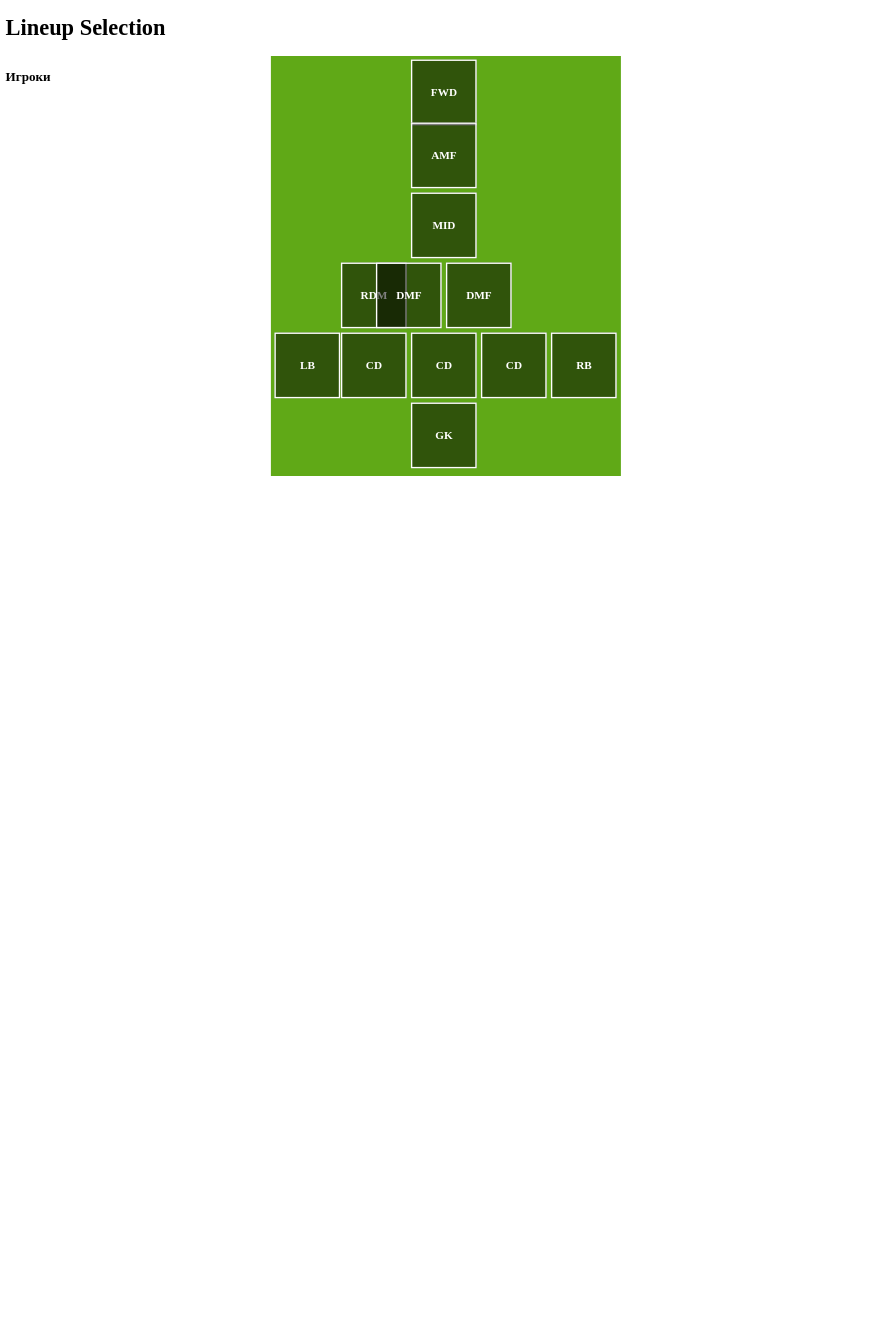
Repository: greatgreek73/soccergame
Page: http://localhost/lineup-selection/
An editor plug-in stored every save of this project. The page is shown before and after the next save, followed by the edit.
The browser window is 1280 px wide. The pictures show the part of the page from y = 0 to 1920 px (the page is 3124 px tall), at 70% of full size.
Some web libraries are served in a nearby version. The page is served by the project's application, run on Django 4.2 (manage.py). A made-up administrator, testuser (Test User, test@example.com), is signed in. Other server files are loaded and not shown. Queries for data that is not in the repository find no rows.

Above is the page before, as saved 2024-04-19 20:51:35.

### players/templates/lineup_selection.html
{% load static %}

<!DOCTYPE html>
<html>
<head>
    <title>Lineup Selection</title>
    <link rel="stylesheet" href="https://code.jquery.com/ui/1.12.1/themes/base/jquery-ui.css">
    <script src="https://code.jquery.com/jquery-3.6.0.min.js"></script>
    <script src="https://code.jquery.com/ui/1.12.1/jquery-ui.min.js"></script>
    <style>
        .content-wrapper {
            display: flex;
            justify-content: flex-start; /* Изменено для устранения лишнего пространства между элементами */
        }
        #player-list {
            width: 30%; /* Задайте ширину списка игроков */
            margin-right: 0px; /* Отступ уменьшен до 0 */
        }
        #field {
            background-color: #60A917;
            width: 500px;
            height: 600px;
            position: relative;
        }
        .position {
            width: 90px;
            height: 90px;
            border: 2px solid #fff;
            position: absolute;
            display: flex;
            align-items: center;
            justify-content: center;
            color: white;
            font-weight: bold;
            background-color: rgba(0, 0, 0, 0.5); /* Небольшая прозрачность */
        }
    </style>
    <script>
        var lineup = []; // Инициализация массива состава на уровне глобальной переменной

        function loadInitialLineup() {
            $.ajax({
                url: '/get-lineup/',
                type: 'GET',
                success: function(response) {
                    lineup = response.lineup;
                    lineup.forEach(function(player) {
                        var playerElement = $('[data-player-id="' + player.player_id + '"]');
                        var positionElement = $('.position[data-position="' + player.position + '"]');
                        var playerClone = playerElement.clone().addClass('positioned-player').removeAttr('style');
                        positionElement.empty().append(playerClone);
                        playerElement.remove();
                        updateDraggable();
                    });
                },
                error: function(xhr, status, error) {
                    console.error('Error loading the lineup: ' + error);
                }
            });
        }

        function updateDraggable() {
            $('.positioned-player').draggable({
                revert: 'invalid',
                cursor: 'move',
                helper: 'clone',
                zIndex: 100
            });
        }

        $(document).ready(function() {
            loadInitialLineup();
            $('.player').draggable({
                revert: 'invalid',
                cursor: 'move',
                helper: 'clone',
                zIndex: 100
            });

            $('.position').droppable({
                accept: function(draggable) {
                    return true; // Теперь любой игрок может быть перетащен в любой слот
                },
                drop: function(event, ui) {
                    console.log("Игрок помещен в слот");
                    var droppedPlayer = ui.draggable;
                    var droppedPlayerId = droppedPlayer.data('player-id');
                    var position = $(this).data('position');  // Получаем позицию слота

                    // Удаление предыдущего игрока из этого слота, если он занят
                    if ($(this).find('.player').length) {
                        var positionedPlayerId = $(this).find('.player').data('player-id');
                        lineup = lineup.filter(item => item.player_id !== positionedPlayerId); // Удаление из массива
                    }

                    // Добавление нового игрока в массив lineup
                    lineup.push({player_id: droppedPlayerId, position: position});

                    // Клонирование и обновление DOM
                    var playerClone = droppedPlayer.clone().removeAttr('style').removeClass('ui-draggable').addClass('positioned-player');
                    $(this).empty().append(playerClone);
                    playerClone.draggable({
                        revert: 'invalid',
                        cursor: 'move',
                        helper: 'clone',
                        zIndex: 100
                    });

                    droppedPlayer.remove();
                    saveLineupAutomatically();  // Сохранение состава
                }
            });

            $('#player-list ul').droppable({
                accept: '.positioned-player',
                drop: function(event, ui) {
                    var droppedPlayer = ui.draggable;
                    var playerId = droppedPlayer.data('player-id');
                    lineup = lineup.filter(item => item.player_id !== playerId); // Update lineup
                    droppedPlayer.remove();
                    $(this).append(droppedPlayer);
                    droppedPlayer.draggable({
                        revert: 'invalid',
                        cursor: 'move',
                        helper: 'clone',
                        zIndex: 100
                    });
                    saveLineupAutomatically();
                }
            });

            function saveLineupAutomatically() {
                // Нет необходимости очищать массив, так как он уже глобальный и обновляется в других функциях
                $.ajax({
                    url: '/lineup/save/',
                    type: 'POST',
                    data: JSON.stringify({lineup: lineup}),
                    contentType: 'application/json',
                    success: function(response) {
                        console.log('Состав успешно сохранен автоматически');
                    },
                    error: function(xhr, status, error) {
                        console.error('Ошибка при автоматическом сохранении состава: ' + error);
                    }
                });
            }

            {% for position, player_id in selected_players.items %}
                var player = $('.player[data-player-id="{{ player_id }}"]');
                var playerClone = player.clone().removeAttr('style').removeClass('ui-draggable').addClass('positioned-player');
                playerClone.uniqueId();
                $('.position[data-position="{{ position }}"]').empty().append(playerClone);
                player.remove();

                playerClone.draggable({
                    revert: 'invalid',
                    cursor: 'move',
                    helper: 'clone',
                    zIndex: 100
                });
            {% endfor %}
        });
    </script>
</head>
<body>
    <h1>Lineup Selection</h1>
    <div class="content-wrapper"> <!-- Добавлен новый контейнер -->
        <div id="player-list">
            <h3>Игроки</h3>
            <ul>
                {% for player in players %}
                    <li class="player" data-player-id="{{ player.id }}" data-player-position="{{ player.position }}">
                        {{ player.last_name }} ({{ player.position }})
                    </li>
                {% endfor %}
            </ul>
        </div>

        <div id="field">
            <div class="position" data-position="GK" style="top: 495px; left: 200px;">GK</div>
            <div class="position" data-position="DEF" style="top: 395px; left: 200px;">CD</div>
            <div class="position" data-position="DEF" style="top: 395px; left: 300px;">CD</div>
            <div class="position" data-position="DEF" style="top: 395px; left: 100px;">CD</div>
            <div class="position" data-position="RB" style="top: 395px; left: 400px;">RB</div>
            <div class="position" data-position="LB" style="top: 395px; left: 5px;">LB</div>
            <div class="position" data-position="RDM" style="top: 295px; left: 100px;">RDM</div>
            <div class="position" data-position="LDM" style="top: 2950px; left: 5px;">LDM</div>
            <div class="position" data-position="MID" style="top: 195px; left: 200px;">MID</div>
            <div class="position" data-position="FWD" style="top: 5px; left: 200px;">FWD</div>
            <div class="position" data-position="DMF" style="top: 295px; left: 250px;">DMF</div>
            <div class="position" data-position="DMF" style="top: 295px; left: 150px;">DMF</div>
            <div class="position" data-position="AMF" style="top: 95px; left: 200px;">AMF</div>



        </div>
    </div>
</body>
</html>

### players/views.py
import scipy.stats as stats
from django.http import HttpResponseRedirect, JsonResponse
from django.shortcuts import render, redirect, get_object_or_404
from .models import Player, Club, Lineup, LineupPlayer
from faker import Faker
from django.contrib import messages
from .forms import UserRegisterForm, CreateClubForm, GeneratePlayerForm
from django.contrib.auth import authenticate, login
from django.contrib.auth.decorators import login_required
from match_engine.engine import simulate_match
from utils.player_stats_generator import PlayerStatsGenerator
from utils.config import TOTAL_POINTS, MAIN_STATS_RATIO, KEY_STAT_MULTIPLIERS, MAX_STAT_VALUE
import json
from django.views.decorators.csrf import csrf_exempt
import logging

# Настройка логгера
logger = logging.getLogger('newsoccergame')

fake = Faker()

STATS = [
    'strength', 'stamina', 'pace', 'marking', 'tackling', 'work_rate',
    'positioning', 'passing', 'crossing', 'dribbling', 'ball_control',
    'heading', 'finishing', 'long_range', 'vision', 'handling', 'reflexes',
    'aerial', 'jumping', 'command', 'throwing', 'kicking'
]

def index(request):
    return render(request, 'index.html')

def generate_player(request):
    if request.method == 'POST':
        form = GeneratePlayerForm(request.POST)
        if form.is_valid():
            position = form.cleaned_data['position']
            Player.objects.create(
                first_name=fake.first_name_male(),
                last_name=fake.last_name_male(),
                age=17,
                position=position
            )
            return HttpResponseRedirect('/generate/')
    else:
        form = GeneratePlayerForm()
    return render(request, 'generate_player.html', {'form': form})

def register(request):
    if request.method == 'POST':
        form = UserRegisterForm(request.POST)
        if form.is_valid():
            form.save()
            username = form.cleaned_data.get('username')
            messages.success(request, f'Your account has been created! You are now able to log in')
            return redirect('login')
    else:
        form = UserRegisterForm()
    return render(request, 'register.html', {'form': form})

def user_login(request):
    if request.method == 'POST':
        username = request.POST['username']
        password = request.POST['password']
        user = authenticate(request, username=username, password=password)
        if user is not None:
            login(request, user)
            try:
                club = Club.objects.get(user=user)
                return redirect('club_detail', club_id=club.id)
            except Club.DoesNotExist:
                return redirect('create_club')
        else:
            return render(request, 'login.html', {'error': 'Invalid credentials'})
    return render(request, 'login.html')

@login_required
def home(request):
    try:
        club = Club.objects.get(user=request.user)
        return redirect('club_detail', club_id=club.id)
    except Club.DoesNotExist:
        return redirect('create_club')

def club_detail(request, club_id):
    club = get_object_or_404(Club, id=club_id)
    context = {
        'club': club,
        'form': GeneratePlayerForm()
    }
    return render(request, 'club_detail.html', context)

def create_club(request):
    if request.method == 'POST':
        form = CreateClubForm(request.POST)
        if form.is_valid():
            existing_club = Club.objects.filter(user=request.user).first()
            if existing_club:
                return redirect('club_detail', club_id=existing_club.id)

            new_club = Club.objects.create(
                user=request.user,
                name=form.cleaned_data['name'],
                country=form.cleaned_data['country']
            )
            return redirect('club_detail', club_id=new_club.id)
    else:
        form = CreateClubForm()
    return render(request, 'create_club.html', {'form': form})

def generate_player_for_club(request, club_id):
    try:
        club = Club.objects.get(id=club_id)
    except Club.DoesNotExist:
        return redirect('home')

    if club.user != request.user:
        return redirect('home')

    if request.method == 'POST':
        form = GeneratePlayerForm(request.POST)
        if form.is_valid():
            position = form.cleaned_data['position']
            player_class = int(form.cleaned_data['player_class'])

            config = {
                'stats': STATS,
                'total_points': TOTAL_POINTS,
                'main_stats_ratio': MAIN_STATS_RATIO,
                'key_stat_multipliers': KEY_STAT_MULTIPLIERS,
                'max_stat_value': MAX_STAT_VALUE
            }
            generator = PlayerStatsGenerator(config)
            player_stats = generator.generate_stats(position, player_class)

            country_to_locale = {
                'USA': 'en_US',
                'Russia': 'ru_RU',
                'China': 'zh_CN',
                'Belgium': 'nl_BE',
                'New Zealand': 'en_NZ',
                'Austria': 'de_AT',
                'Brazil': 'pt_BR',
                'Greece': 'el_GR',
                'Argentina': 'es_AR',
                'Italy': 'it_IT',
                'Germany': 'de_DE',
            }

            print(f"Club country: {club.country}")
            locale = country_to_locale.get(club.country, 'en_US')
            print(f"Using locale: {locale}")

            fake = Faker(locale)

            while True:
                first_name = fake.first_name_male()
                last_name = fake.last_name_male()

                if not Player.objects.filter(first_name=first_name, last_name=last_name).exists():
                    break

            player = Player.objects.create(
                first_name=first_name,
                last_name=last_name,
                age=17,
                club=club,
                nationality=club.country,
                position=position,
                player_class=player_class,
                **player_stats
            )

            return redirect('club_detail', club_id=club.id)
    else:
        form = GeneratePlayerForm()

    context = {'form': form}
    return render(request, 'generate_player.html', context)

def player_detail(request, player_id):
    player = get_object_or_404(Player, id=player_id)
    context = {
        'player': player
    }
    return render(request, 'player_detail.html', context)

def start_match(request, club_id):
    club1 = get_object_or_404(Club, id=club_id)
    opponent_club_id = request.GET.get('opponent_club_id')
    if opponent_club_id:
        try:
            club2 = get_object_or_404(Club, id=opponent_club_id)
        except Club.DoesNotExist:
            return render(request, 'error.html', {'error': 'Invalid opponent club'})

        lineup1 = Lineup.objects.filter(user=club1.user).last()
        lineup2 = Lineup.objects.filter(user=club2.user).last()

        if lineup1:
            players1 = [lp.player for lp in LineupPlayer.objects.filter(lineup=lineup1)]
        else:
            players1 = Player.objects.filter(club=club1)

        if lineup2:
            players2 = [lp.player for lp in LineupPlayer.objects.filter(lineup=lineup2)]
        else:
            players2 = Player.objects.filter(club=club2)

        winner, loser = simulate_match(players1, players2, club1, club2)

        winner_players = winner.players
        loser_players = loser.players

        context = {
            'club1': club1,
            'club2': club2,
            'winner_club': winner.club,
            'loser_club': loser.club,
            'winner_players': winner_players,
            'loser_players': loser_players,
        }

        return render(request, 'match.html', context)
    else:
        other_clubs = Club.objects.exclude(id=club_id)
        context = {
            'club': club1,
            'other_clubs': other_clubs,
        }
        return render(request, 'select_opponent.html', context)

def update_stadium(request, pk):
    club = get_object_or_404(Club, pk=pk)
    if request.method == 'POST':
        data = json.loads(request.body)
        club.stadium_name = data['stadium_name']
        club.save()
        return JsonResponse({'status': 'ok'})

def increase_capacity(request, pk):
    club = get_object_or_404(Club, pk=pk)
    if request.method == 'POST':
        club.stadium_capacity += 1000
        club.save()
        return JsonResponse({'stadium_capacity': club.stadium_capacity})

@login_required
def lineup_selection(request):
    players = Player.objects.filter(club__user=request.user)
    lineup = Lineup.objects.filter(user=request.user).last()
    if lineup:
        lineup_players = LineupPlayer.objects.filter(lineup=lineup)
        selected_players = {lp.position: lp.player.id for lp in lineup_players}
    else:
        selected_players = {}
    return render(request, 'lineup_selection.html', {'players': players, 'selected_players': selected_players})

@login_required
@csrf_exempt
def save_lineup(request):
    logger.debug("save_lineup called")  # Логирование вызова функции
    if request.method == 'POST':
        try:
            data = json.loads(request.body)
            logger.debug(f"Received lineup data: {data}")  # Логирование полученных данных

            lineup_data = data.get('lineup', [])
            user = request.user
            lineup = Lineup.objects.filter(user=user).last()

            if not lineup:
                lineup = Lineup.objects.create(user=user)

            # Удалить всех текущих игроков из лайнапа перед добавлением новых
            LineupPlayer.objects.filter(lineup=lineup).delete()

            # Добавить игроков из полученных данных
            for item in lineup_data:
                player_id = item.get('player_id')
                position = item.get('position')
                player = Player.objects.get(id=player_id)
                LineupPlayer.objects.create(lineup=lineup, player=player, position=position)

            logger.debug("Lineup saved successfully")  # Логирование успешного сохранения
            return JsonResponse({'status': 'success', 'message': 'Состав успешно сохранен'})
        except Exception as e:
            logger.error(f"Error saving lineup: {e}", exc_info=True)  # Логирование ошибок
            return JsonResponse({'error': 'Internal server error'}, status=500)
    else:
        logger.warning("Incorrect request method")  # Логирование некорректного метода запроса
        return JsonResponse({'status': 'error', 'message': 'Неверный метод запроса'}, status=400)

def get_lineup(request):
    lineup = LineupPlayer.objects.filter(lineup__user=request.user)  # Убедитесь, что данные фильтруются по текущему пользователю
    data = [{'player_id': player.player.id, 'position': player.position} for player in lineup]
    return JsonResponse({'lineup': data})

### newsoccergame/urls.py
from django.contrib import admin
from django.urls import path, include
from players import views as player_views
from django.contrib.auth import views as auth_views
from django.contrib.auth.views import LogoutView
from players.views import index


urlpatterns = [
    path('', index, name='index'),
    path('admin/', admin.site.urls),
    path('', include('players.urls')),
    path('generate/', player_views.generate_player, name='generate_player'),
    path('register/', player_views.register, name='register'),
    path('login/', auth_views.LoginView.as_view(template_name='login.html'), name='login'),
    path('logout/', LogoutView.as_view(next_page='index'), name='logout'),
    path('', player_views.home, name='home'),

]

### players/urls.py
from django.urls import path
from . import views
from players.views import index
from .views import lineup_selection

urlpatterns = [
    # ... другие маршруты ...
    path('generate/', views.generate_player, name='generate_player'),
    path('register/', views.register, name='register'),
    path('login/', views.user_login, name='login'),
    path('', views.home, name='home'),
    path('club/<int:club_id>/', views.club_detail, name='club_detail'),
    path('create_club/', views.create_club, name='create_club'),
    path('club/<int:club_id>/generate_player/', views.generate_player_for_club, name='generate_player_for_club'),
    path('player/<int:player_id>/', views.player_detail, name='player_detail'),
    path('', index, name='index'),
    path('match/<int:club1_id>/<int:club2_id>/', views.start_match, name='start_match'),
    path('match/<int:club_id>/', views.start_match, name='start_match'),
    path('clubs/<int:pk>/update_stadium/', views.update_stadium, name='update_stadium'),
    path('clubs/<int:pk>/increase_capacity/', views.increase_capacity, name='increase_capacity'),
    path('lineup-selection/', views.lineup_selection, name='lineup_selection'),
    path('lineup/save/', views.save_lineup, name='save_lineup'),
    path('get-lineup/', views.get_lineup, name='get_lineup'),
]

After the next save:
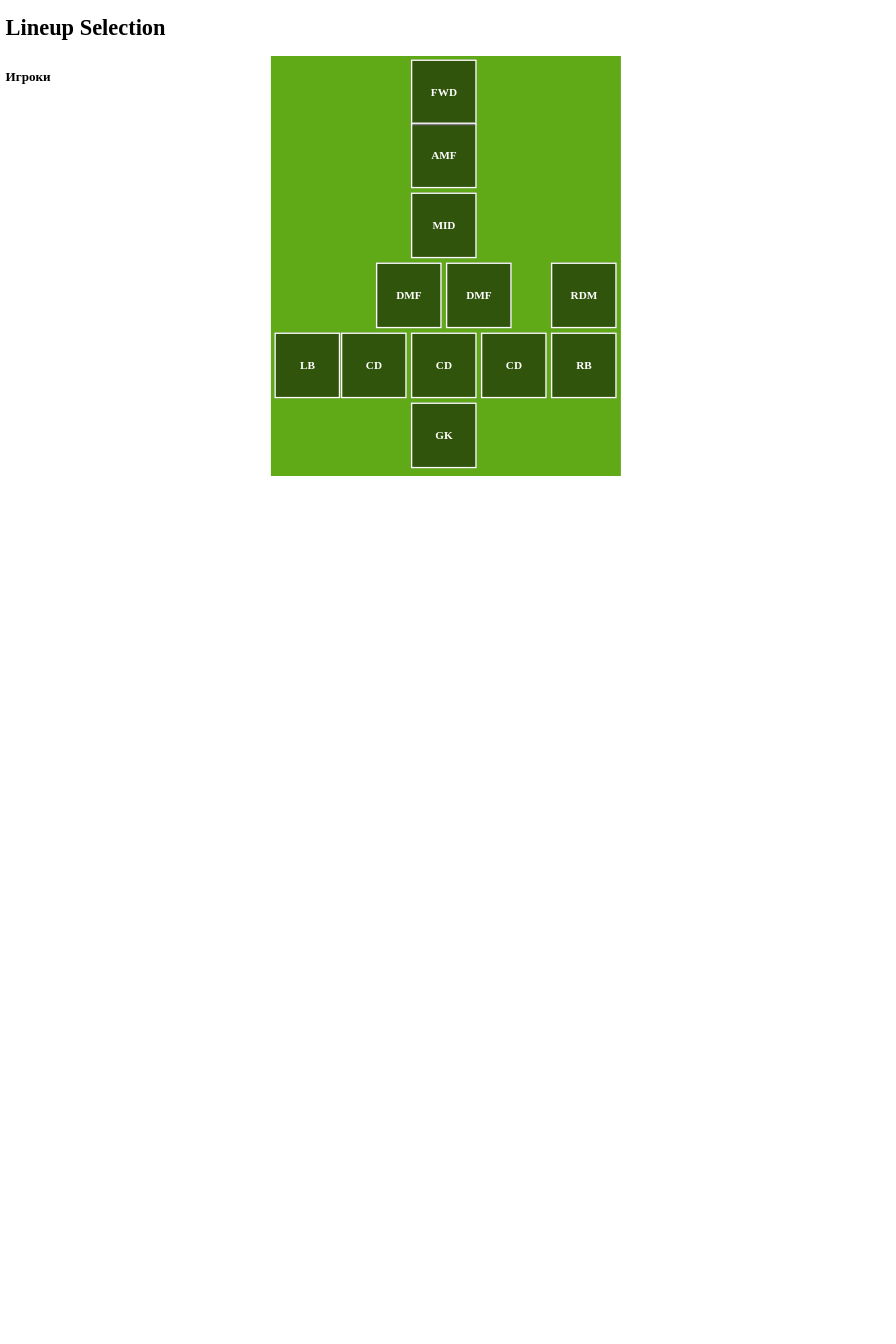
Saved 22 s later.
--- a/players/templates/lineup_selection.html
+++ b/players/templates/lineup_selection.html
@@ -183,7 +183,7 @@
             <div class="position" data-position="DEF" style="top: 395px; left: 100px;">CD</div>
             <div class="position" data-position="RB" style="top: 395px; left: 400px;">RB</div>
             <div class="position" data-position="LB" style="top: 395px; left: 5px;">LB</div>
-            <div class="position" data-position="RDM" style="top: 295px; left: 100px;">RDM</div>
+            <div class="position" data-position="RDM" style="top: 295px; left: 400px;">RDM</div>
             <div class="position" data-position="LDM" style="top: 2950px; left: 5px;">LDM</div>
             <div class="position" data-position="MID" style="top: 195px; left: 200px;">MID</div>
             <div class="position" data-position="FWD" style="top: 5px; left: 200px;">FWD</div>
